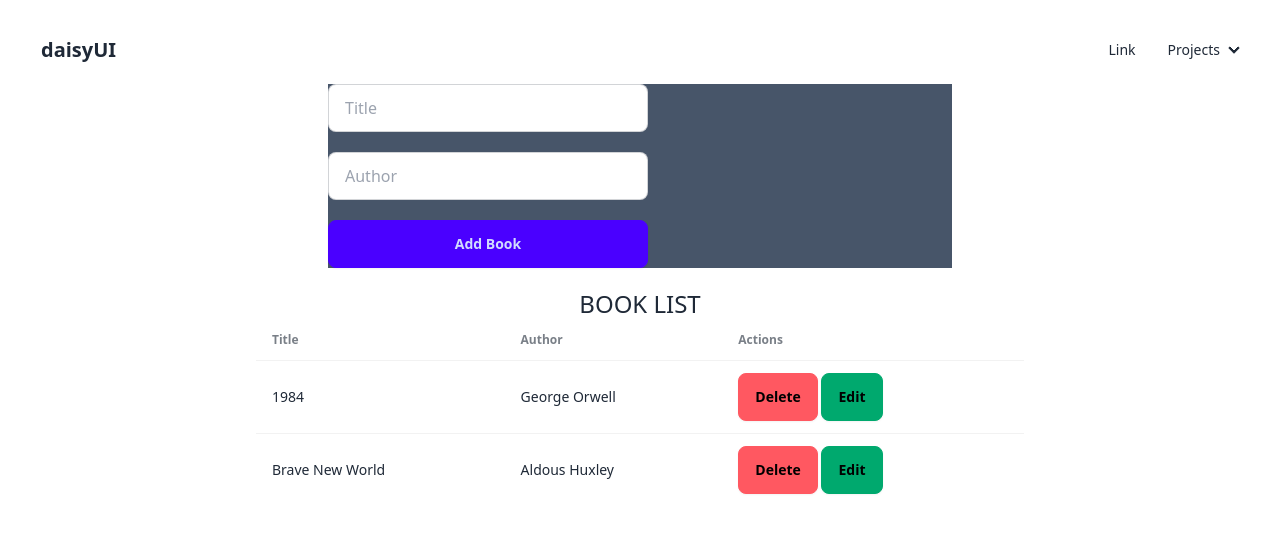
Repository: sibi24sibi/Crud-app-svelte
Page: /
An editor plug-in stored every save of this project. The page is shown before and after the next save, followed by the edit.
The browser window is 1280 px wide. The pictures show the whole page.
The project was rebuilt for these pictures with package versions that can differ from the ones it lists, and the page was loaded fresh each time. Also part of the build but not shown: svelte.config.js, vite.config.js.

Above is the page before, as saved 2024-06-30 19:08:20.

After the next save:
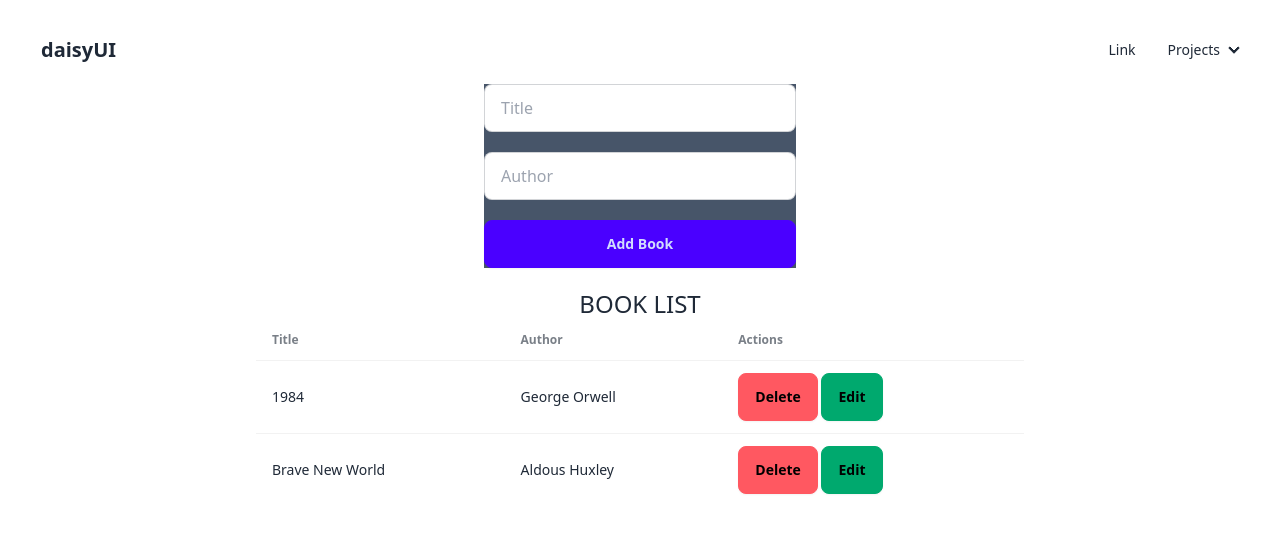
Saved 12 s later.
--- a/src/Components/AddBook.svelte
+++ b/src/Components/AddBook.svelte
@@ -13,7 +13,7 @@
   }
 </script>
 
-<div class="flex flex-col mx-auto gap-5 bg-slate-600 w-1/2">
+<div class="flex flex-col mx-auto gap-5 bg-slate-600 w-1/4">
   <input
     placeholder="Title"
     class="input input-bordered w-full max-w-xs"
